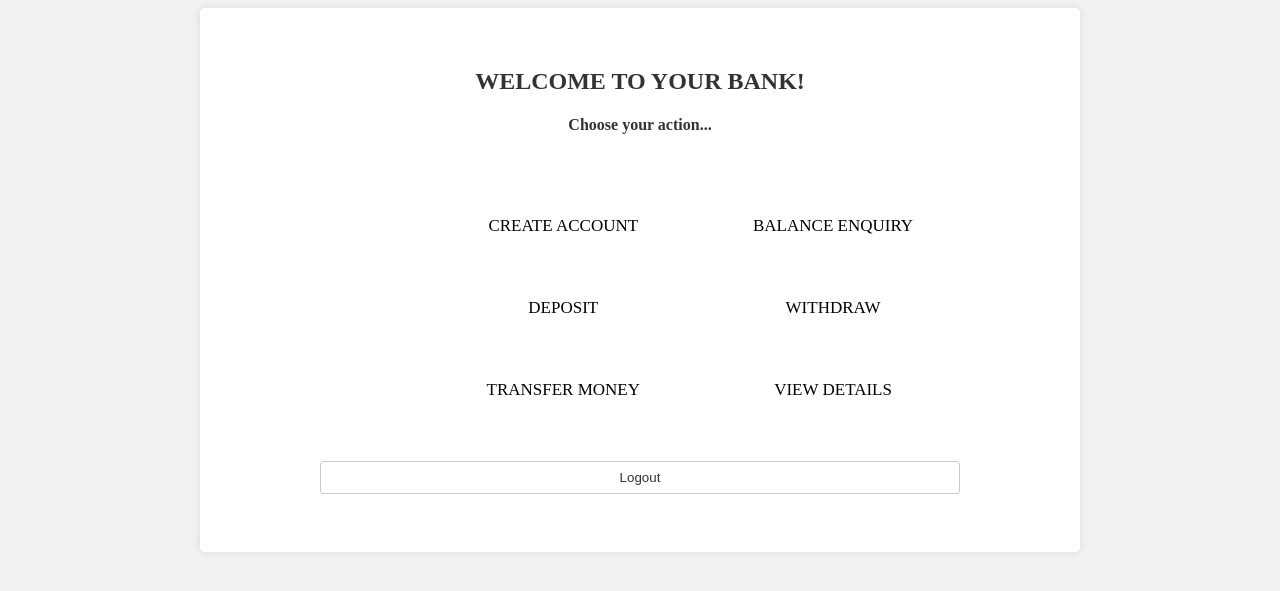
Repository: mansistic-0n3/Java_IGT
Page: Java Project/BankServlet/src/main/webapp/Home.html
The author's editor kept a copy of each file at every save. The page is drawn from the files as they stood at one save, then again after the next save.
The browser window is 1280 px wide. The pictures show the whole page.

Above is the page before, as saved 2023-07-03 06:28:25.

After the next save:
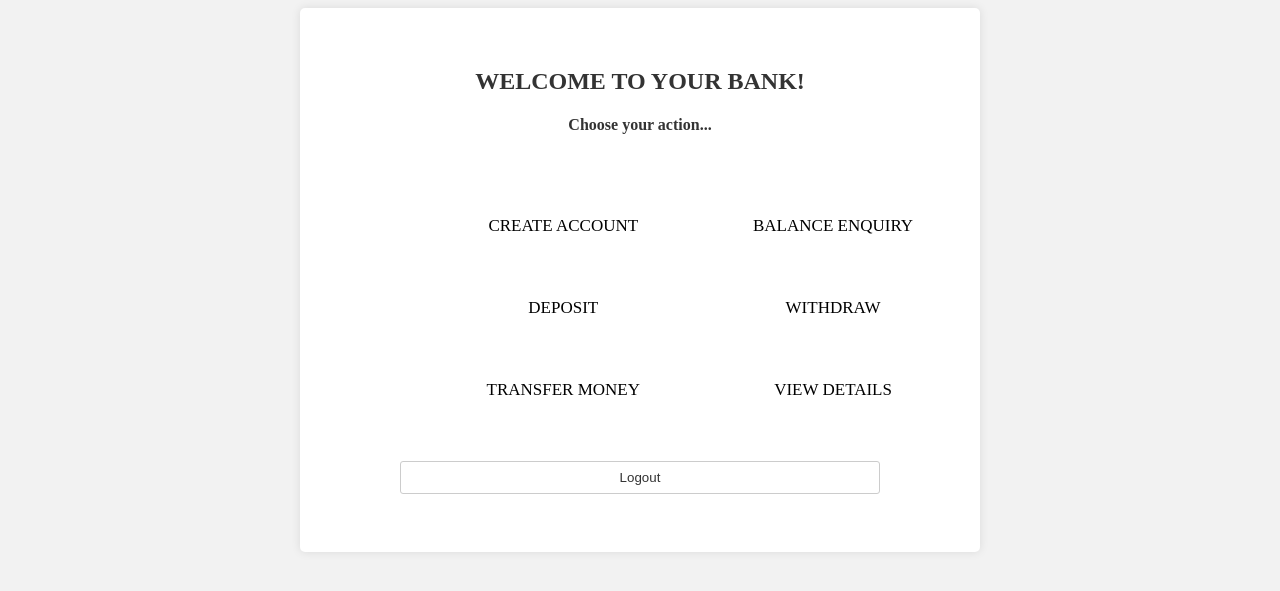
Saved 18 s later.
--- a/Java Project/BankServlet/src/main/webapp/Home.html
+++ b/Java Project/BankServlet/src/main/webapp/Home.html
@@ -67,7 +67,7 @@
   </style>
 </head>
 <body style="background-color: #f2f2f2; text-align:center;">
-<div style="max-width: 800px; margin: 0 auto; padding: 40px; background-color: #ffffff; border-radius: 5px; box-shadow: 0 0 10px rgba(0, 0, 0, 0.1);">
+<div style="max-width: 600px; margin: 0 auto; padding: 40px; background-color: #ffffff; border-radius: 5px; box-shadow: 0 0 10px rgba(0, 0, 0, 0.1);">
  <h2 style="text-align: center; color: #333333;">WELCOME TO YOUR BANK!</h2>
  <h4 style="text-align: center; color: #333333;">Choose your action...</h4>
   <div style="display: grid; grid-template-columns: repeat(2, 1fr); gap: 20px; max-width: 400px; margin: 0 auto; padding: 40px;">
